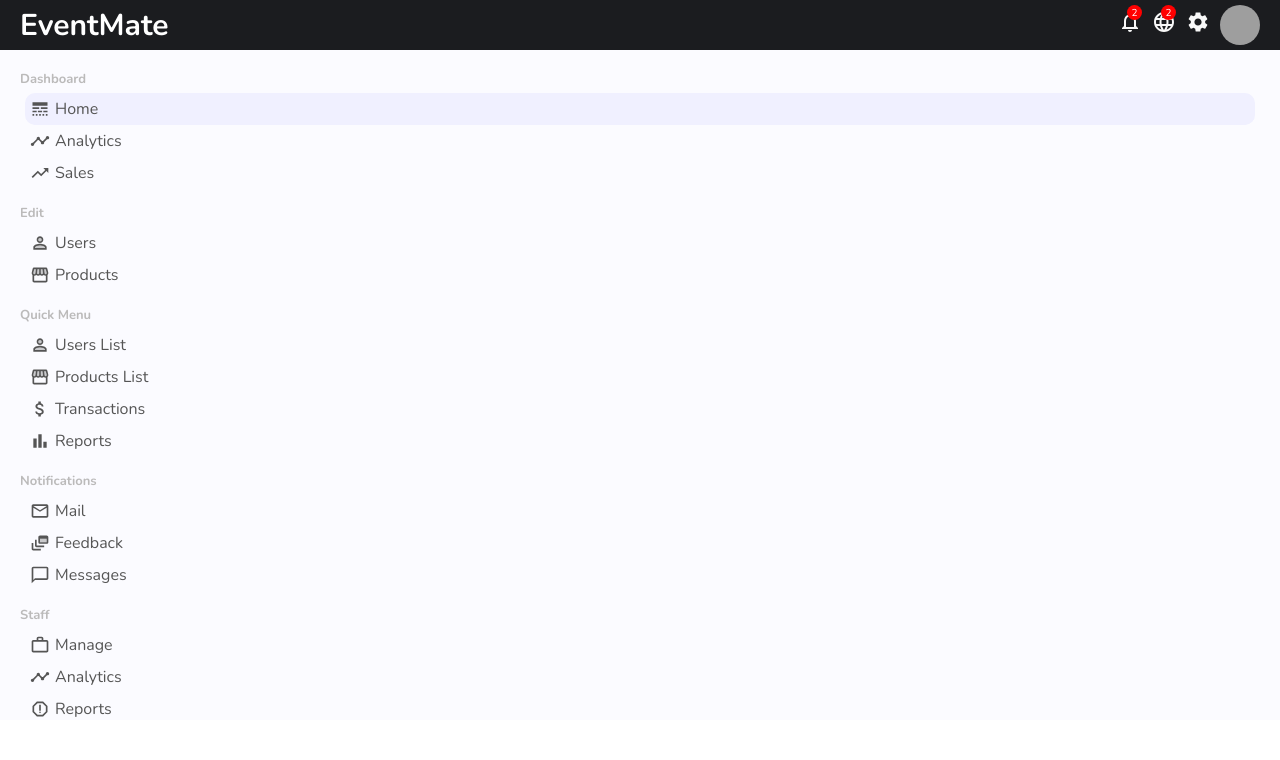
Repository: Farida-Yeasmin-Mim/EventMate_Frontend
Page: /sidebar
The author's editor kept a copy of each file at every save. The page is drawn from the files as they stood at one save, then again after the next save.
The browser window is 1280 px wide. The pictures show the whole page.
Pictures or frames that could not be fetched are drawn as grey boxes. The page's requests for data from a server got no answer. The project was rebuilt for these pictures with package versions that can differ from the ones it lists, and the page was loaded fresh each time. No one was signed in, and anything a server would have sent is missing. Also part of the build but not shown: src/components/PostRequest.js, src/pages/auth/Login.js, src/components/seletionTextField/selectGender.js, src/pages/auth/Signup.js, src/components/vendor/RegVendor.js, src/components/offer.js, src/components/productcategories.js, src/components/icontabs.js and 88 more.

Above is the page before, as saved 2022-09-06 13:56:14.

After the next save:
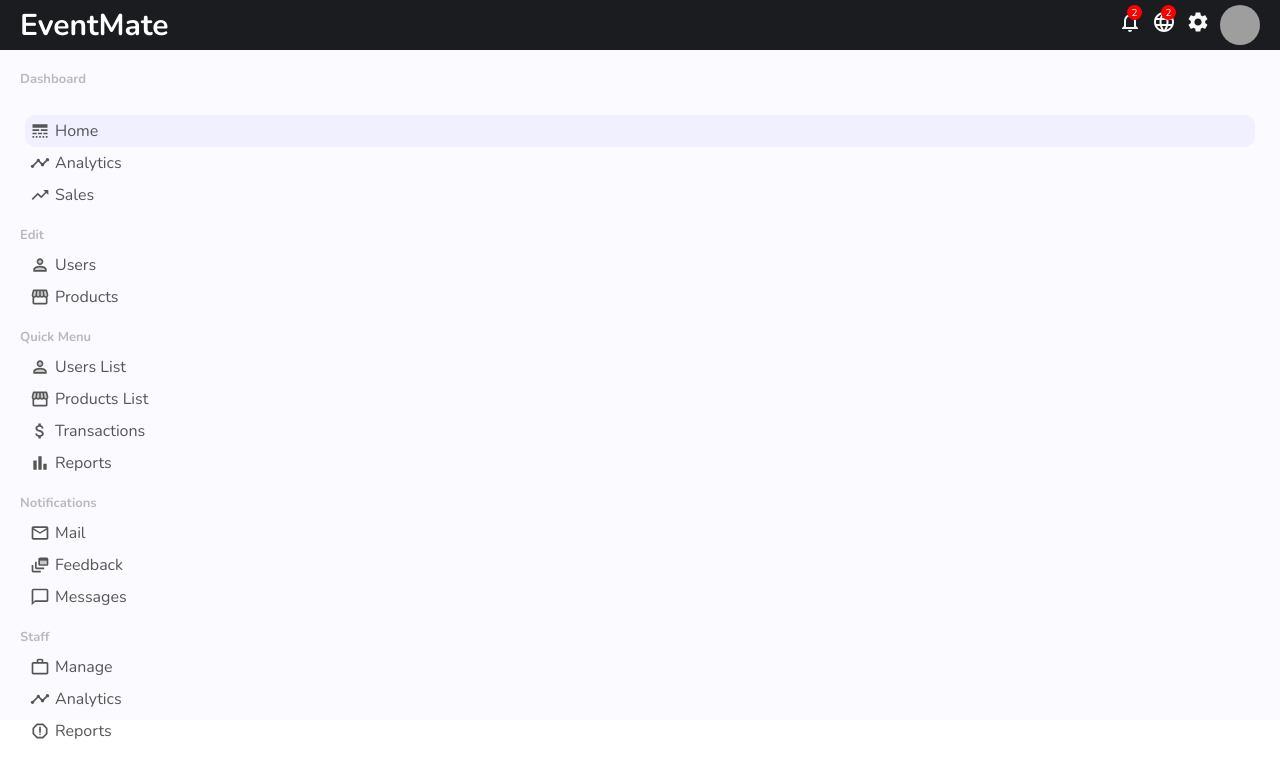
Saved 3 h 18 min later.
--- a/src/components/Dashboard/Sidebar.jsx
+++ b/src/components/Dashboard/Sidebar.jsx
@@ -41,7 +41,7 @@ function Sidebar(param) {
                 {/* Dashboard */}
                 <div className="sidebarMenu">
                     <h2 >{vendor.name}</h2>
-                    <h3 className="sidebarTitle">Dashboard</h3>
+                    <h3 className="sidebarTitle">Dashboard</h3><br />
                     <ul className="sidebarList">
                         <Link to="/dashboard" className="link">
                             <li className="sidebarListItem active">
